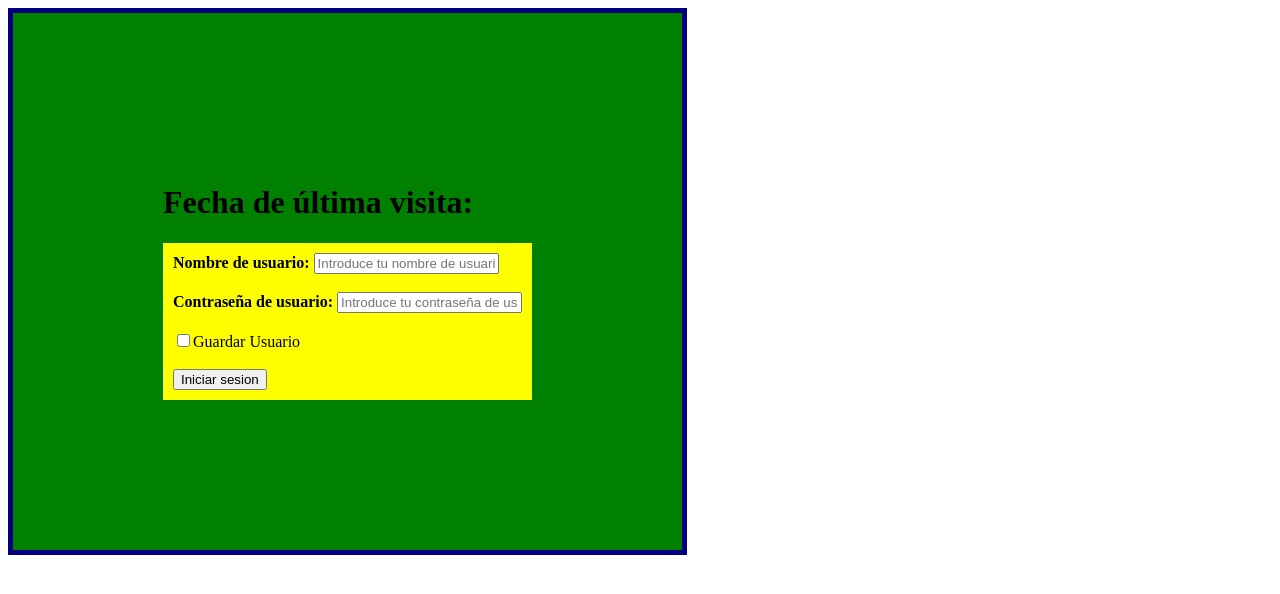
Repository: angegon/Developing-Applications-for-the-Java-EE-Platform
Page: http://localhost/21_validacion_servlet_jsp_mas_cookie_usuario/login.jsp
The author's editor kept a copy of each file at every save. The page is drawn from the files as they stood at one save, then again after the next save.
The browser window is 1280 px wide. The pictures show the whole page.
The page is served by Tomcat 9. Other server files are loaded and not shown.

Above is the page before, as saved 2016-12-23 18:32:17.

### javaee/21_validacion_servlet_jsp_mas_cookie_usuario/WebContent/login.jsp
<%@ page language="java" contentType="text/html; charset=ISO-8859-1"
    pageEncoding="ISO-8859-1"%>
<!DOCTYPE html PUBLIC "-//W3C//DTD HTML 4.01 Transitional//EN" "http://www.w3.org/TR/html4/loose.dtd">
<html>
<head>
<meta http-equiv="Content-Type" content="text/html; charset=ISO-8859-1">
<title>Insert title here</title>
</head>
<body>
<form action="comprobarPassword" method="post">
<div style="float:left; background-color: green; padding: 150px ; border: 5px solid navy">

	<%!private String obtenerCookie(HttpServletRequest request) {
		String valor = "";
		Cookie[] todas = request.getCookies();
		if (todas != null) {
			for (Cookie ck : todas) {
				if (ck.getName().equals("usuario")) {
					valor = ck.getValue();
					break;
				}
			}
		}
		return valor;
	}%>

		<h1>
		Fecha de última visita:
		<%=obtenerCookie(request)%></h1>

	<div style="background-color: yellow; padding: 10px">
	<b>Nombre de usuario:</b> <input type="text" name="usuario" placeholder="Introduce tu nombre de usuario"/>
	</br></br>
	<b>Contraseña de usuario: </b><input type="password" name="password" placeholder="Introduce tu contraseña de usuario"/>
	</br></br>
	<input type="checkbox" name="cookie" value="cookie">Guardar Usuario
	</br></br>
	<input type="submit" value="Iniciar sesion"/>
	</div>
</div>

</form>
</body>
</html>

After the next save:
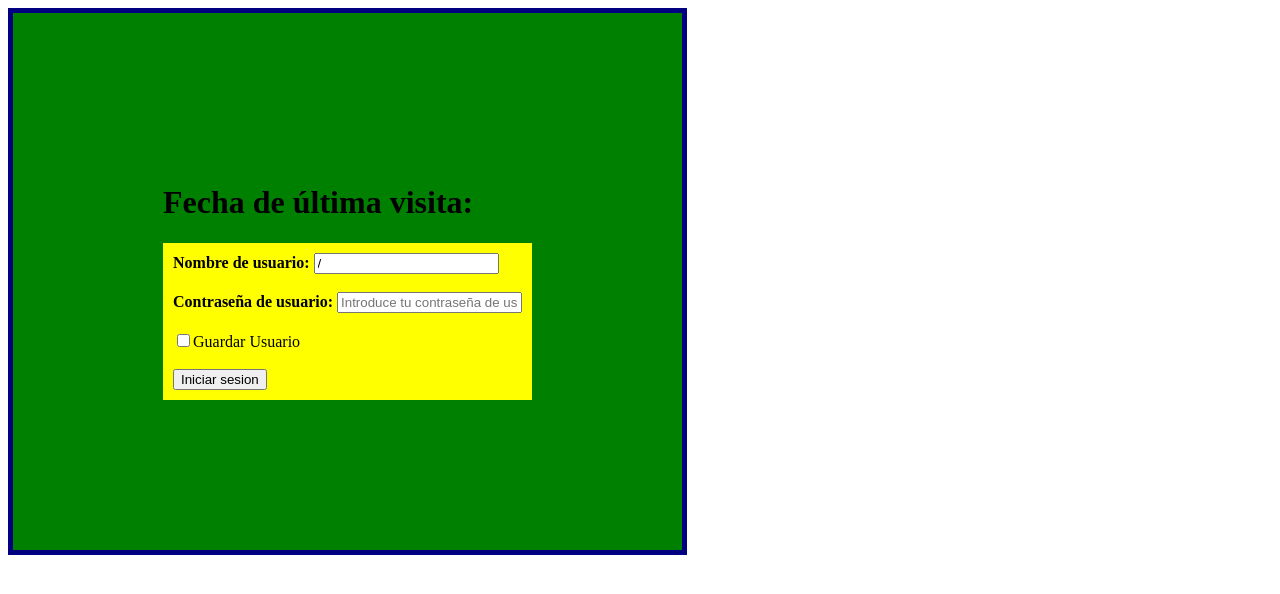
Saved 31 s later.
--- a/javaee/21_validacion_servlet_jsp_mas_cookie_usuario/WebContent/login.jsp
+++ b/javaee/21_validacion_servlet_jsp_mas_cookie_usuario/WebContent/login.jsp
@@ -29,7 +29,7 @@
 		<%=obtenerCookie(request)%></h1>
 
 	<div style="background-color: yellow; padding: 10px">
-	<b>Nombre de usuario:</b> <input type="text" name="usuario" placeholder="Introduce tu nombre de usuario"/>
+	<b>Nombre de usuario:</b> <input type="text" name="usuario" placeholder="Introduce tu nombre de usuario" value=<%=obtenerCookie(request)%>/>
 	</br></br>
 	<b>Contraseña de usuario: </b><input type="password" name="password" placeholder="Introduce tu contraseña de usuario"/>
 	</br></br>
